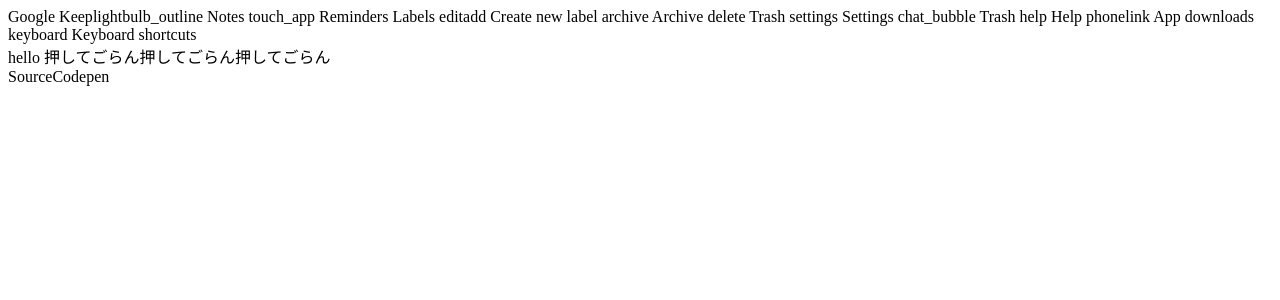
Repository: ShunsukeTanizaki/app_Gourmet_search
Page: /event
An editor plug-in stored every save of this project. The page is shown before and after the next save, followed by the edit.
The browser window is 1280 px wide. The pictures show the whole page.
The project was rebuilt for these pictures with package versions that can differ from the ones it lists, and the page was loaded fresh each time. The framework's server and built-in components were replaced by stand-ins that run in the browser. Also part of the build but not shown: nuxt.config.js, layouts/default.vue.

Above is the page before, as saved 2020-02-08 14:52:50.

### layouts/admin.vue
<template>
  <v-app id="keep">
    <v-app-bar
      app
      clipped-left
      color="amber"
    >
      <v-app-bar-nav-icon @click="drawer = !drawer" />
      <span class="title ml-3 mr-5">Google&nbsp;<span class="font-weight-light">Keep</span></span>
      <v-text-field
        solo-inverted
        flat
        hide-details
        label="Search"
        prepend-inner-icon="search"
      />

      <v-spacer />
    </v-app-bar>

    <v-navigation-drawer
      v-model="drawer"
      app
      clipped
      color="grey lighten-4"
    >
      <v-list
        dense
        class="grey lighten-4"
      >
        <template v-for="(item, i) in items">
          <v-row
            v-if="item.heading"
            :key="i"
            align="center"
          >
            <v-col cols="6">
              <v-subheader v-if="item.heading">
                {{ item.heading }}
              </v-subheader>
            </v-col>
            <v-col
              cols="6"
              class="text-right"
            >
              <v-btn
                small
                text
              >edit</v-btn>
            </v-col>
          </v-row>
          <v-divider
            v-else-if="item.divider"
            :key="i"
            dark
            class="my-4"
          />
          <v-list-item
            v-else
            :key="i"
            link
          >
            <v-list-item-action>
              <v-icon>{{ item.icon }}</v-icon>
            </v-list-item-action>
            <v-list-item-content>
              <v-list-item-title class="grey--text">
                {{ item.text }}
              </v-list-item-title>
            </v-list-item-content>
          </v-list-item>
        </template>
      </v-list>
    </v-navigation-drawer>

    <v-content>
      <v-container
        fluid
        class="grey lighten-4 fill-height"
      >
      <nuxt/>
        <v-row
          justify="center"
          align="center"
        >
          <v-col class="shrink">
            <v-tooltip right>
              <template v-slot:activator="{ on }">
                <v-btn
                  :href="source"
                  icon
                  large
                  target="_blank"
                  v-on="on"
                >
                  <v-icon large>mdi-code-tags</v-icon>
                </v-btn>
              </template>
              <span>Source</span>
            </v-tooltip>
            <v-tooltip right>
              <template v-slot:activator="{ on }">
                <v-btn
                  icon
                  large
                  href="https://codepen.io/johnjleider/pen/zgxbYO"
                  target="_blank"
                  v-on="on"
                >
                  <v-icon large>mdi-codepen</v-icon>
                </v-btn>
              </template>
              <span>Codepen</span>
            </v-tooltip>
          </v-col>
        </v-row>
      </v-container>
    </v-content>
  </v-app>
</template>

<script>
  export default {
    props: {
      source: String
    },
    data: () => ({
      drawer: null,
      items: [
        { icon: 'lightbulb_outline', text: 'Notes' },
        { icon: 'touch_app', text: 'Reminders' },
        { divider: true },
        { heading: 'Labels' },
        { icon: 'add', text: 'Create new label' },
        { divider: true },
        { icon: 'archive', text: 'Archive' },
        { icon: 'delete', text: 'Trash' },
        { divider: true },
        { icon: 'settings', text: 'Settings' },
        { icon: 'chat_bubble', text: 'Trash' },
        { icon: 'help', text: 'Help' },
        { icon: 'phonelink', text: 'App downloads' },
        { icon: 'keyboard', text: 'Keyboard shortcuts' }
      ]
    })
  }
</script>

<style>
#keep .v-navigation-drawer__border {
  display: none
}
</style>

### pages/event.vue
<template>
  <div class="main">
    hello
    <v-btn height="50" loading x-small="" block >押してごらん</v-btn>
    <v-btn midium>押してごらん</v-btn>
    <v-btn x-large rounded color="info">押してごらん</v-btn>
    <v-badge
      color="green"
      content="99"
    ></v-badge>
    </div>
</template>

<style scoped>
  /* div {
    color: red;
  }
  .main {
    font-size: x-large;
  } */
</style>

<script>
export default {
  layout: 'admin'
}
</script>

Loaded but not shown: store/index.js (common file)

After the next save:
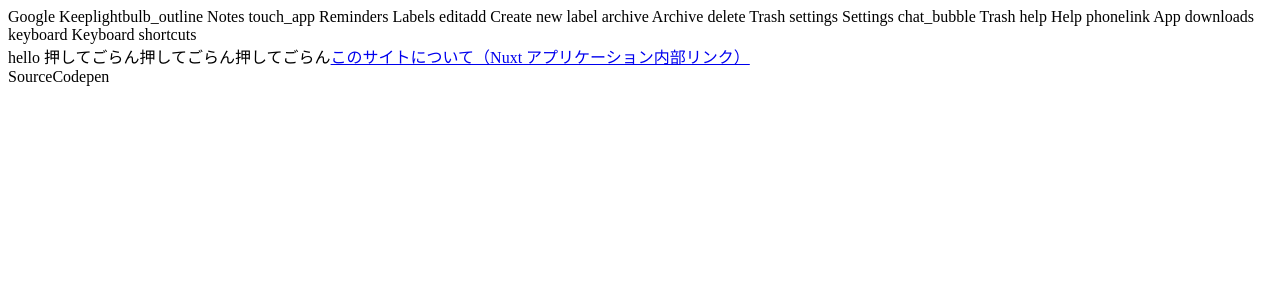
Saved 9 min 6 s later.
--- a/pages/event.vue
+++ b/pages/event.vue
@@ -8,6 +8,7 @@
       color="green"
       content="99"
     ></v-badge>
+    <nuxt-link to="/path/to/page">このサイトについて（Nuxt アプリケーション内部リンク）</nuxt-link>
     </div>
 </template>
 

After the save that followed:
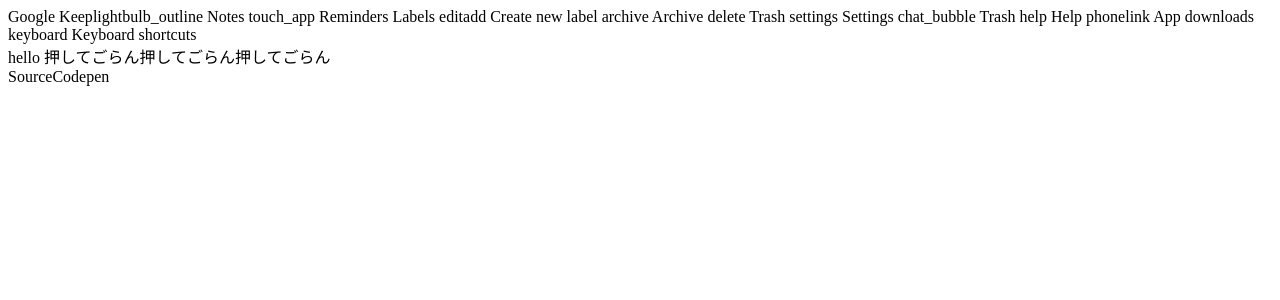
Saved 22 s later.
--- a/pages/event.vue
+++ b/pages/event.vue
@@ -8,7 +8,6 @@
       color="green"
       content="99"
     ></v-badge>
-    <nuxt-link to="/path/to/page">このサイトについて（Nuxt アプリケーション内部リンク）</nuxt-link>
     </div>
 </template>
 
